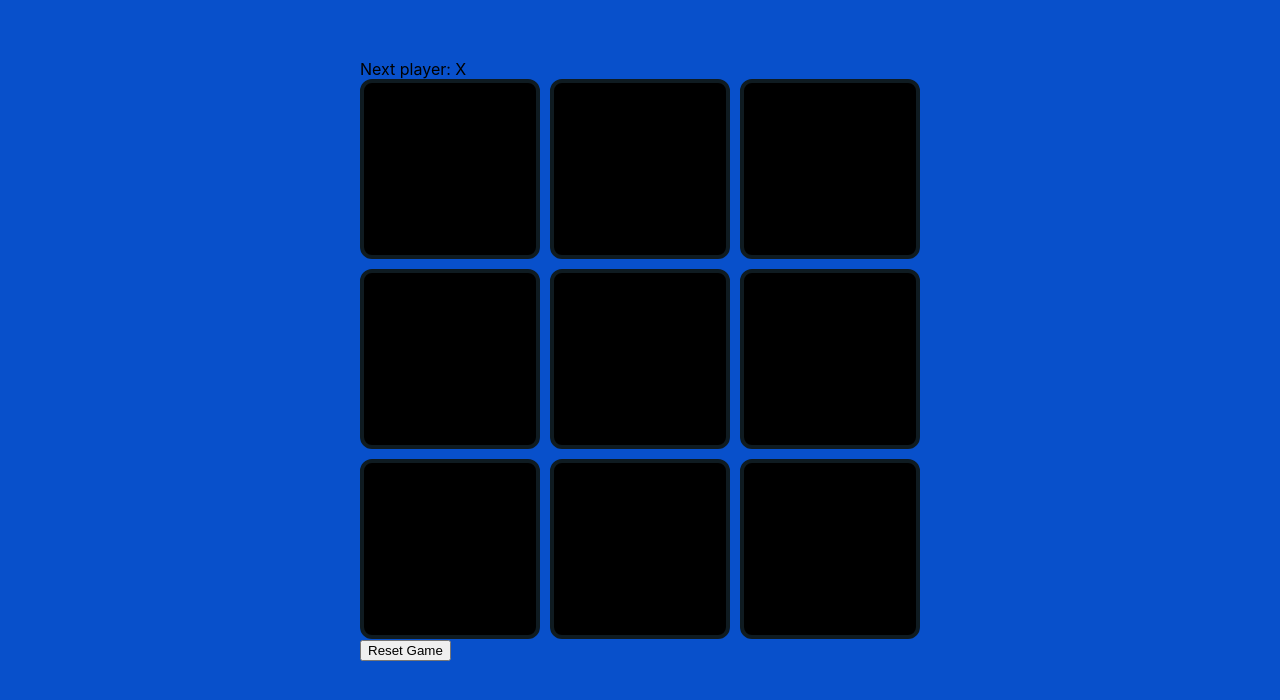
Repository: Monterro324/Tic-Tac
Page: / (app in tic-tac/)
An editor plug-in stored every save of this project. The page is shown before and after the next save, followed by the edit.
The browser window is 1280 px wide. The pictures show the whole page.
The project was rebuilt for these pictures with package versions that can differ from the ones it lists, and the page was loaded fresh each time.

Above is the page before, as saved 2024-05-04 21:26:08.

After the next save:
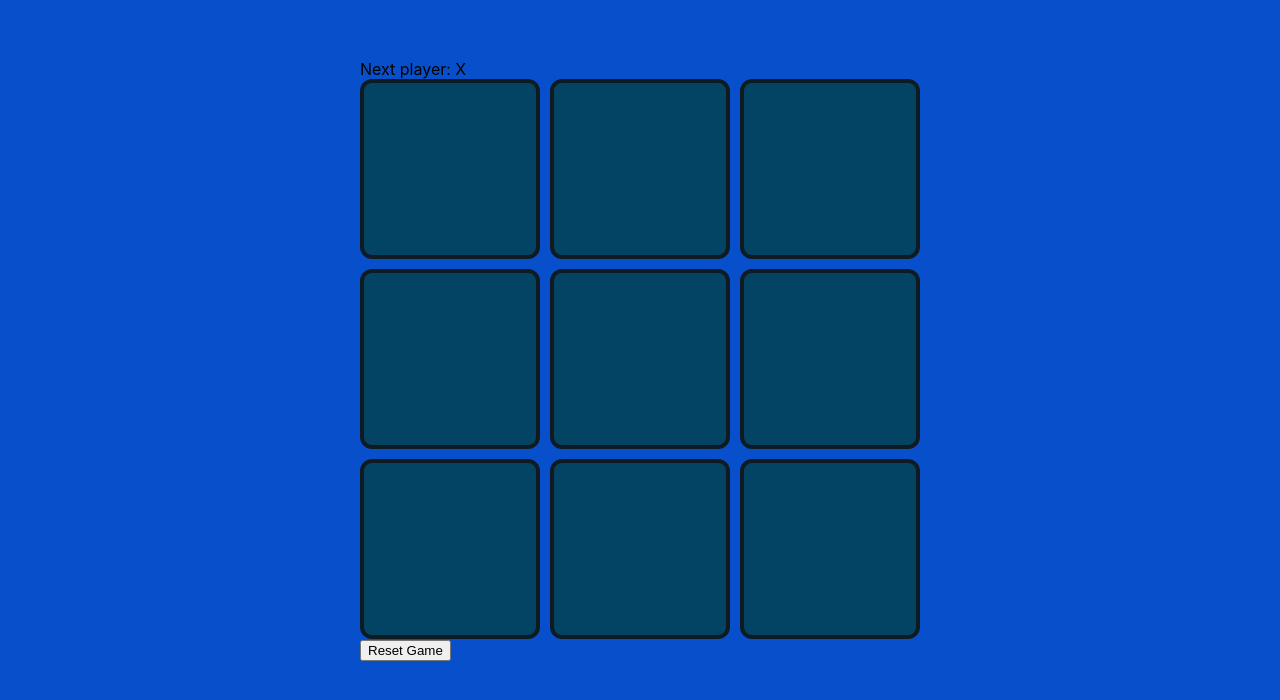
Saved 5 s later.
--- a/tic-tac/src/App.css
+++ b/tic-tac/src/App.css
@@ -20,7 +20,7 @@ body, html {
   justify-content: center;
   height: 180px;
   width: 180px;
-  background: #000000;
+  background: #034464;
   border: 4px solid #0f1b21;
   border-radius: 12px;
   cursor: pointer;
